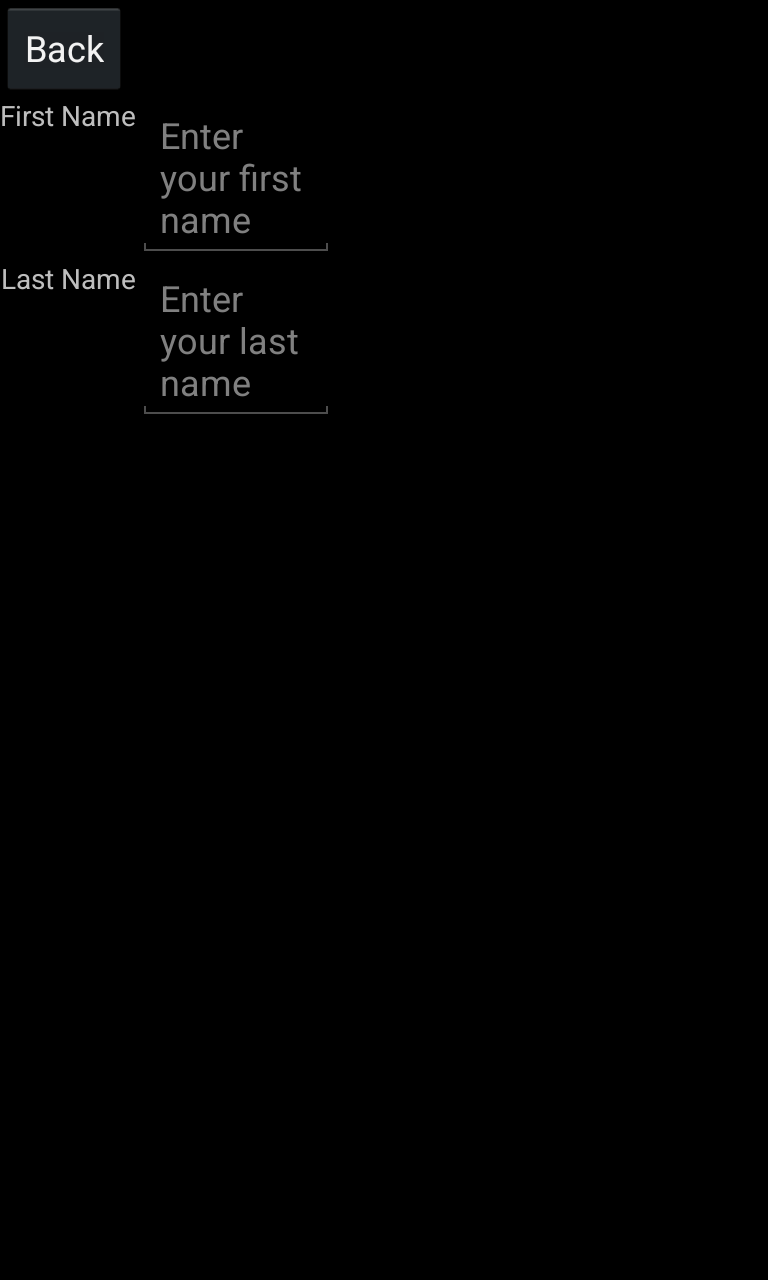
Repository: MobileAffairsLTD/AndroidDemos
Layout: 2.UI_Toast_Alert/res/layout/main.xml
An editor plug-in stored every save of this project. The layout is shown before and after the next save, followed by the edit.
It is drawn on a 768 x 1280 px phone screen (xhdpi) without system bars, with theme android:Theme.Holo; the app's code is not run.

Above is the layout before, as saved 2012-04-22 17:18:58.

After the next save:
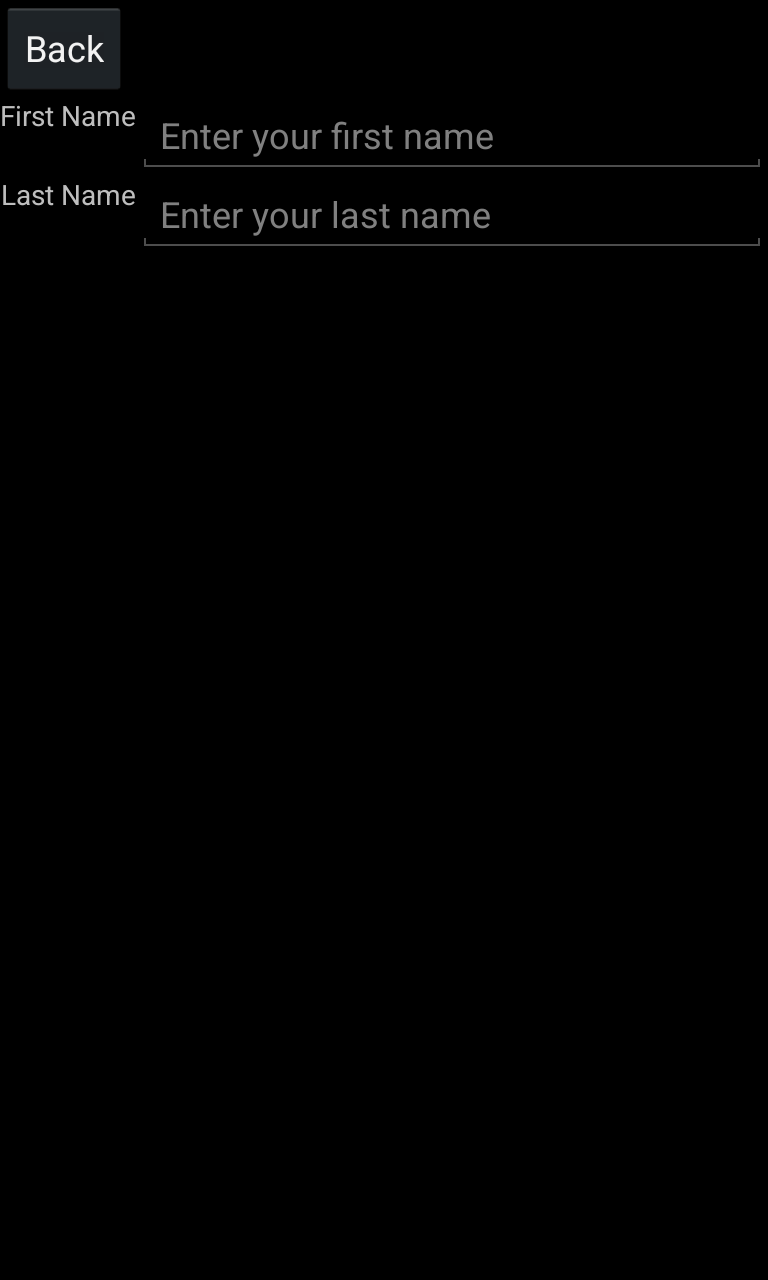
Saved 35 s later.
--- a/2.UI_Toast_Alert/res/layout/main.xml
+++ b/2.UI_Toast_Alert/res/layout/main.xml
@@ -13,22 +13,27 @@
    		android:layout_width="wrap_content"
    		android:layout_height="wrap_content"
    		android:layout_below="@id/backbutton" />
+
+
 	<EditText
-		android:id="@+id/editFirstName"
-		android:width="100dp"
-		android:layout_width="wrap_content"
-		android:layout_height="wrap_content"
-		android:layout_toRightOf="@id/firstName"
-		android:layout_below="@id/backbutton"
-		android:hint="@string/enter_your_first_name"/>
+	    android:id="@+id/editFirstName"
+	    android:layout_width="match_parent"
+	    android:layout_height="wrap_content"
+	    android:layout_below="@id/backbutton"
+	    android:layout_toRightOf="@id/firstName"
+	    android:hint="@string/enter_your_first_name"
+	    android:width="100dp" />
+
+
 	<EditText
-		android:id="@+id/editLastName"
-		android:width="100dp"
-		android:layout_width="wrap_content"
-		android:layout_height="wrap_content"
-		android:layout_below="@id/editFirstName"
-		android:layout_alignLeft="@id/editFirstName"
-		android:hint="@string/enter_your_last_name"></EditText>"
+	    android:id="@+id/editLastName"
+	    android:layout_width="match_parent"
+	    android:layout_height="wrap_content"
+	    android:layout_alignLeft="@id/editFirstName"
+	    android:layout_below="@id/editFirstName"
+	    android:hint="@string/enter_your_last_name"
+	    android:width="100dp" >
+</EditText>"
 	<TextView
 		android:id="@+id/lastName"
 		android:text="@string/last_name"
